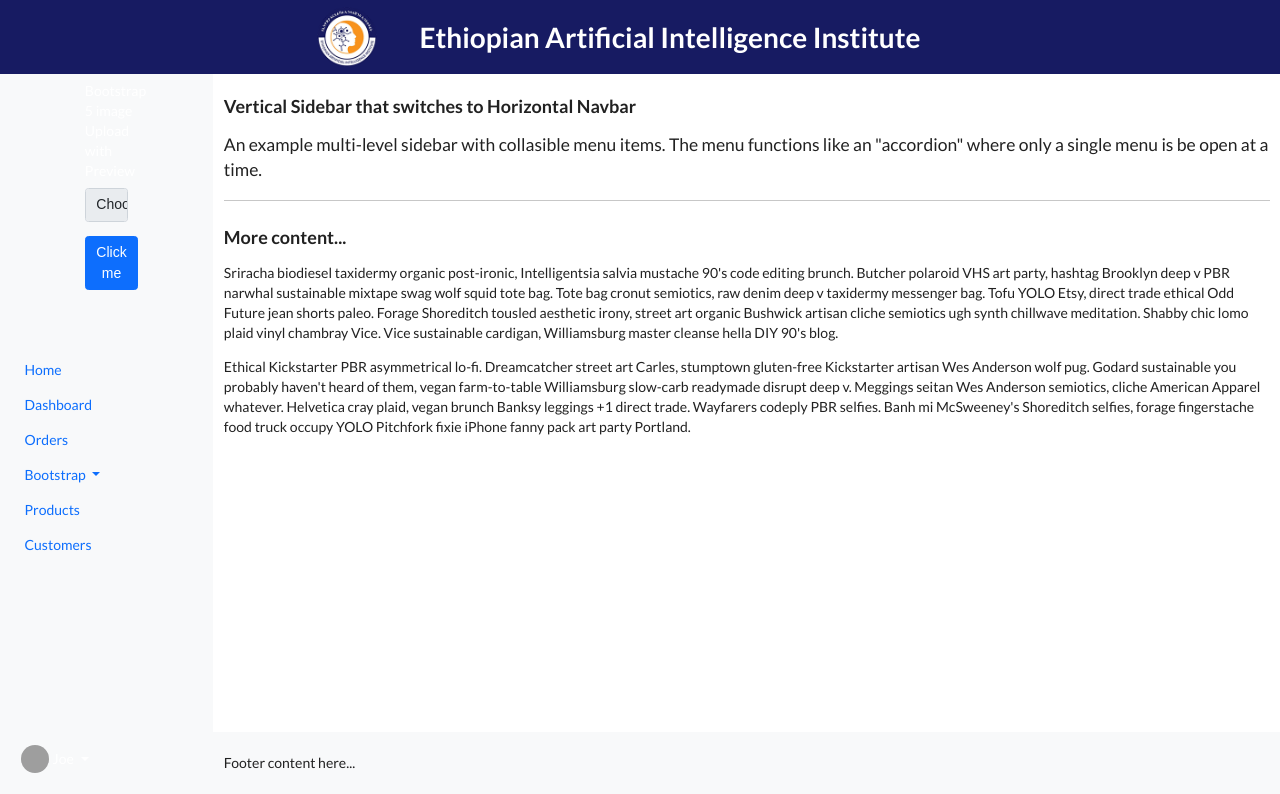
Repository: degagawolde/lung-disease-detection-webapp
Page: http://localhost/
These files come from the project's save history. The page is drawn as it stood at one moment and after the next save; the edit follows.
The browser window is 1280 px wide. The pictures show the whole page.
Pictures or frames that could not be fetched are drawn as grey boxes. Some web libraries are served in a nearby version. The page is served by the project's application, run on Django 4.2 (manage.py).

Above is the page before, as saved 2022-09-25 17:52:58.

After the next save:
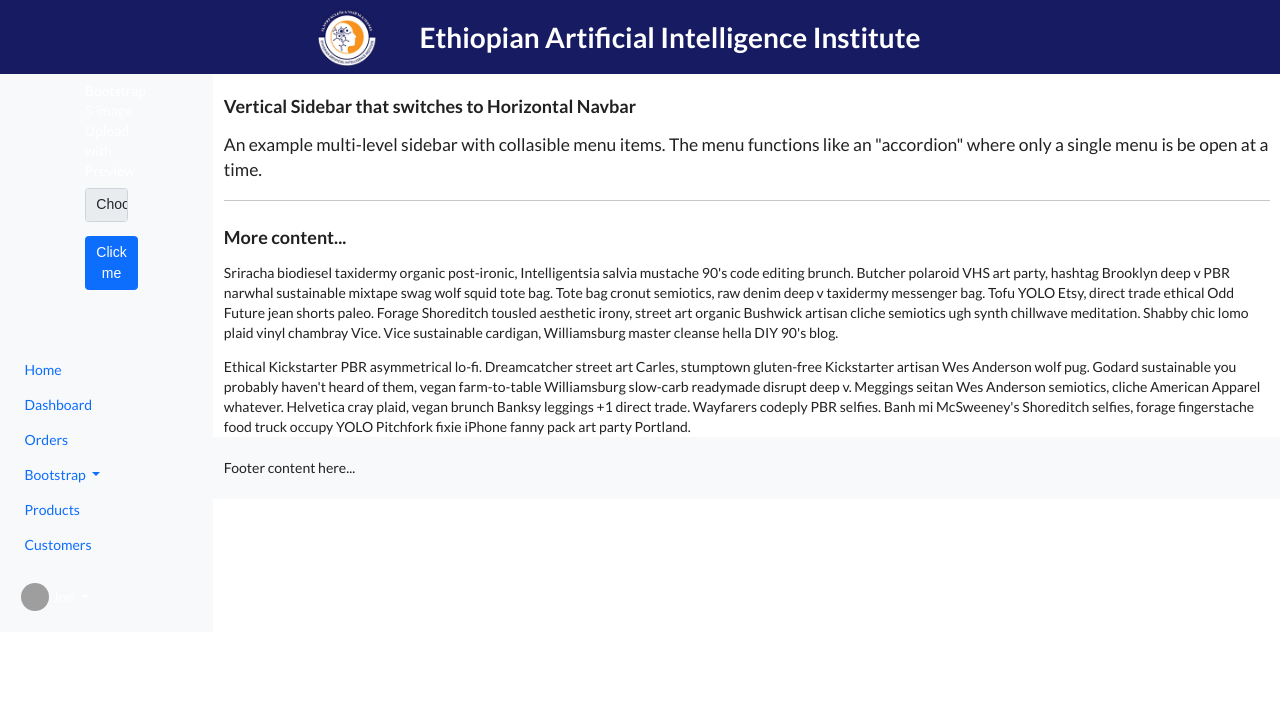
Saved 49 s later.
--- a/templates/index.html
+++ b/templates/index.html
@@ -46,7 +46,7 @@
     </div>
     </nav>
  <div class="container-fluid overflow-hidden">
-    <div class="row vh-100 overflow-auto">
+    <div class="row vh-200 overflow-auto">
         <div class="col-12 col-sm-3 col-xl-2 px-sm-2 px-0 bg-light d-flex sticky-top">
             <div class="d-flex flex-sm-column flex-row flex-grow-1 align-items-center align-items-sm-start px-3 pt-2 text-white">
             <div class="container col-md-6">

After the save that followed:
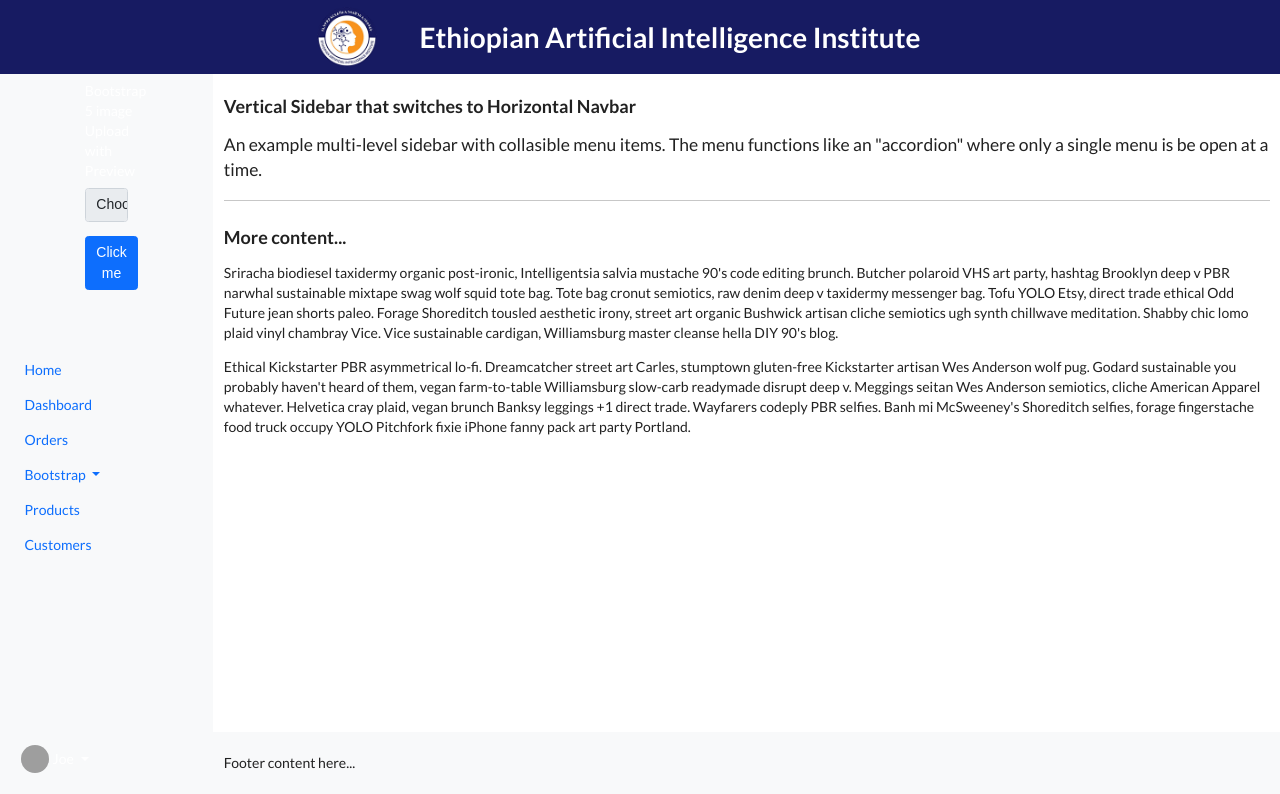
Saved 14 s later.
--- a/templates/index.html
+++ b/templates/index.html
@@ -46,7 +46,7 @@
     </div>
     </nav>
  <div class="container-fluid overflow-hidden">
-    <div class="row vh-200 overflow-auto">
+    <div class="row vh-100 overflow-auto">
         <div class="col-12 col-sm-3 col-xl-2 px-sm-2 px-0 bg-light d-flex sticky-top">
             <div class="d-flex flex-sm-column flex-row flex-grow-1 align-items-center align-items-sm-start px-3 pt-2 text-white">
             <div class="container col-md-6">
